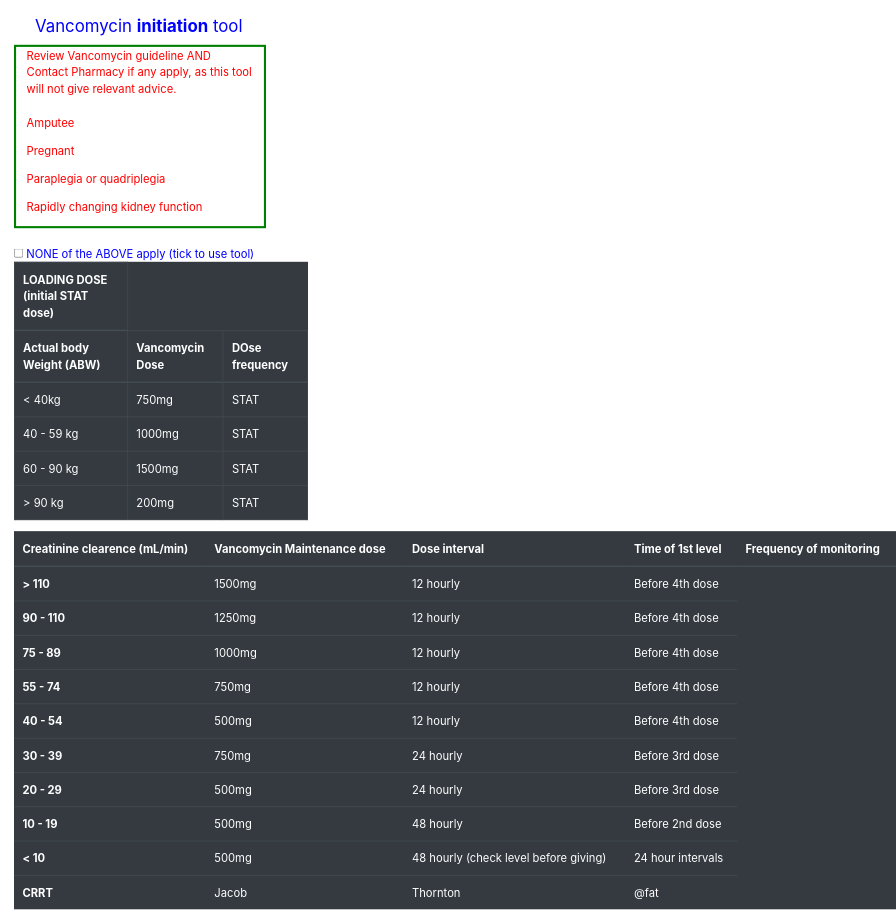
Repository: Mismiles/project-clinical-calculator
Page: index.html
The author's editor kept a record of every edit. The page is drawn from the files as they stood at one moment, then again after the next edit.
The browser window is 1280 px wide. The pictures show the whole page, at 70% of full size.

Above is the page before.

After the next edit:
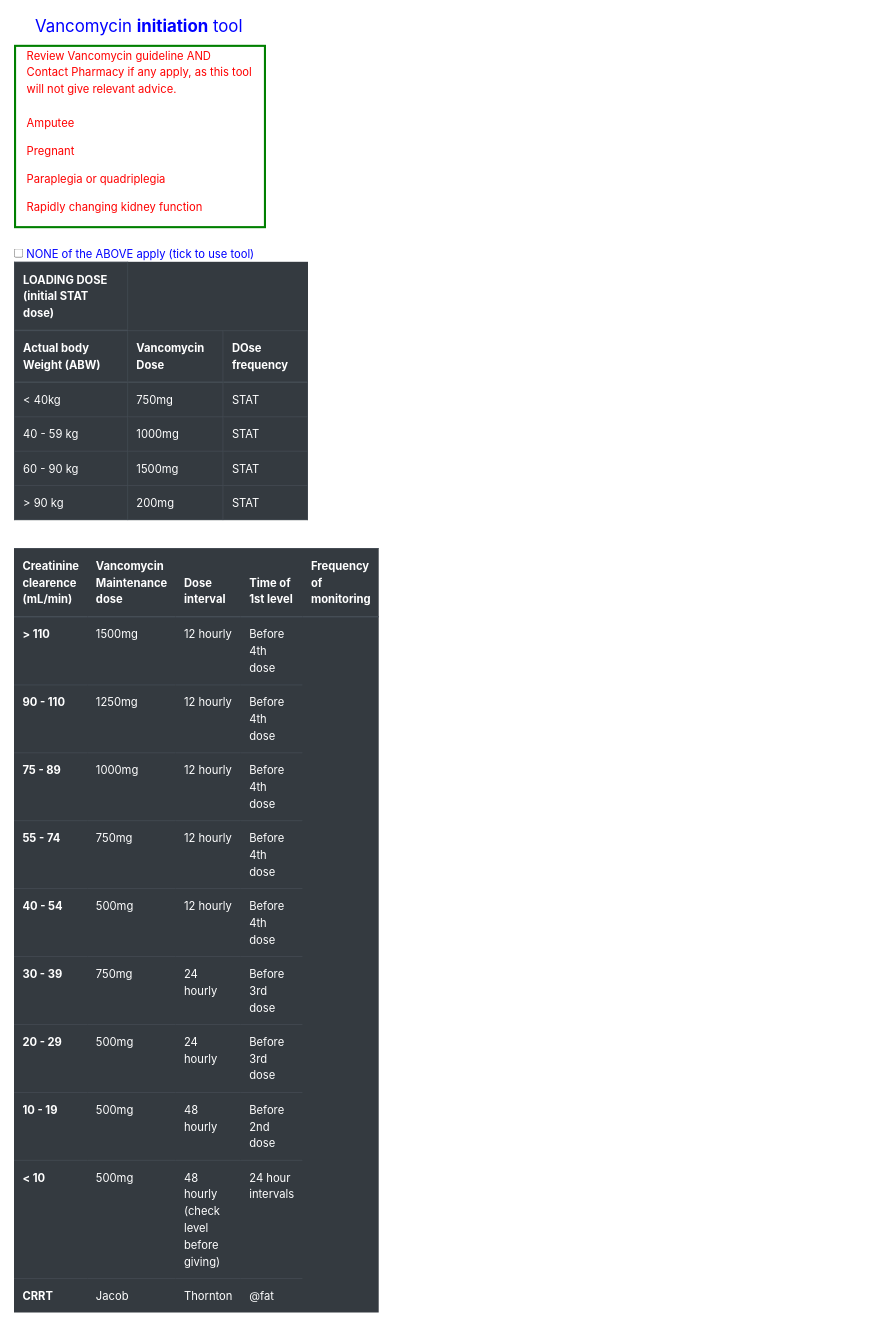
The edit:
--- a/index.html
+++ b/index.html
@@ -196,7 +196,9 @@
   </tbody>
 </table>
 
-<table class="table table-dark">
+<br>
+
+<table class="col-md-4 table table-dark">
   <thead>
     <tr>
       <th scope="col">Creatinine clearence (mL/min)</th>
